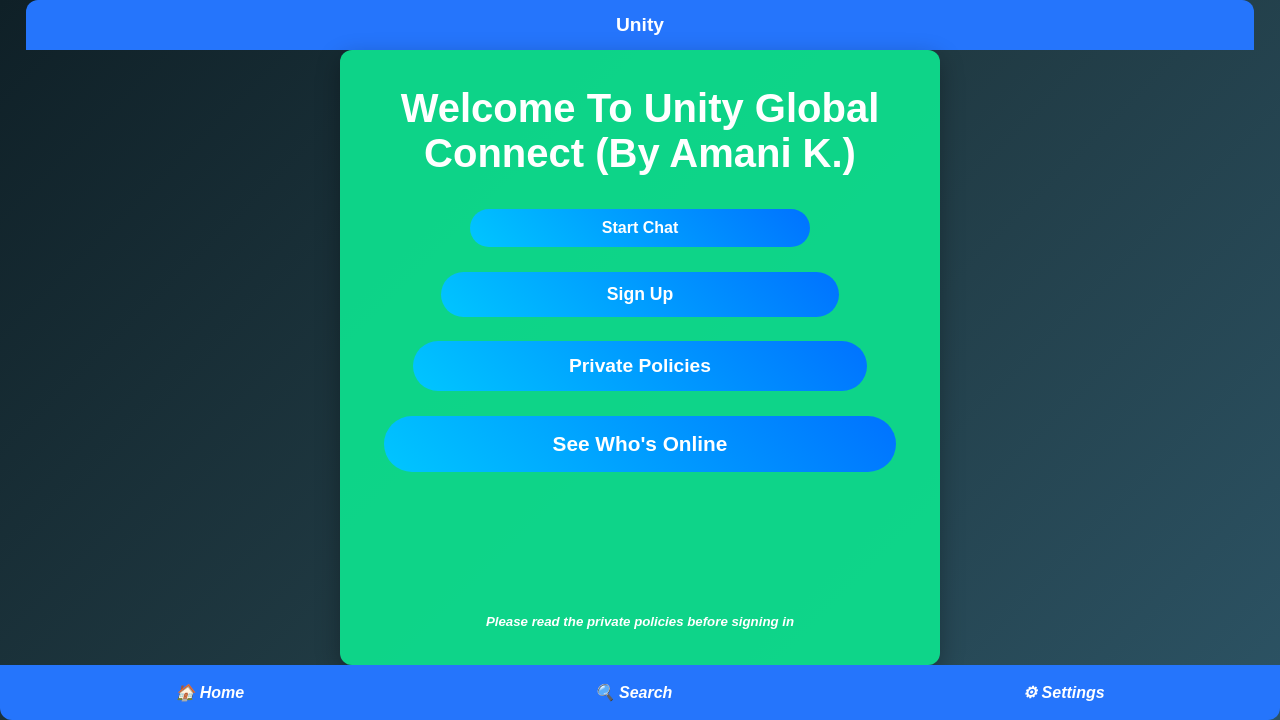
Repository: Amani-Kibet/express-app-web
Page: pages/home.html
An editor plug-in stored every save of this project. The page is shown before and after the next save, followed by the edit.
The browser window is 1280 px wide. The pictures show the whole page.

Above is the page before, as saved 2025-09-30 12:05:35.

### pages/home.html
<!DOCTYPE html>
<html lang="en">
<head>
<meta charset="UTF-8">
<title>Main Menu</title>
<meta name="viewport" content="width=device-width, initial-scale=1.0">
<style>
  /* ================= Reset & Base ================= */
  * {
      margin: 0;
      padding: 0;
      box-sizing: border-box;
  }

  html, body {
      height: 100%;
      width: 100%;
      font-family: Arial, sans-serif;
      overflow-x: hidden;
      scroll-behavior: smooth;
  }

  body {
      min-height: 100vh;
      display: flex;
      flex-direction: column;
      justify-content: space-between; /* top-bar, board, bottom-bar */
      align-items: center;
      background: linear-gradient(135deg,#0f2027,#203a43,#2c5364);
      color: #fff;
      text-align: center;
      padding: 0 2%;
  }

  /* ================= Top & Bottom Bars ================= */
  .top-bar {
      width: 100%;
      height: 50px;
      background: #2575fc;
      color: white;
      display: flex;
      align-items: center;
      justify-content: center;
      font-weight: bold;
      font-size: 1.2rem;
      border-top-left-radius: 12px;
      border-top-right-radius: 12px;
  }

  .bottom-bar {
      width: 100vw; /* fill entire device width */
      height: 55px;
      background: #2575fc;
      color: white;
      display: flex;
      align-items: center;
      justify-content: space-around;
      font-size: 1rem;
      border-bottom-left-radius: 12px;
      border-bottom-right-radius: 12px;
  }

  .bottom-bar a {
      color: white;
      text-decoration: none;
      font-weight: bold;
      transition: 0.3s;
      font-size: clamp(0.9rem, 3vw, 1rem);
  }

  .bottom-bar a:hover {
      color: yellow;
  }

  /* ================= Board ================= */
  #board {
      width: 100%;
      max-width: 600px;
      flex: 1 1 auto;
      display: flex;
      flex-direction: column;
      justify-content: space-around;
      align-items: center;
      padding: 2rem 1rem;
      margin: 0;
      box-shadow: 0 8px 25px rgba(0,0,0,0.3);
      background: rgba(13, 221, 141, 0.95);
      border-radius: 12px;
      overflow-y: auto;
      animation: fadein 1s ease-in-out;
  }

  /* Heading */
  #board h1 {
      font-size: clamp(1.5rem, 5vw, 2.5rem);
      margin-bottom: 1rem;
      animation: fadeInDown 1.2s ease;
  }

  /* Pyramid Buttons */
  .btn {
      border: none;
      border-radius: 30px;
      background: linear-gradient(45deg,#00c6ff,#0072ff);
      color: white;
      cursor: pointer;
      margin: 8px 0;
      transition: transform 0.2s ease, box-shadow 0.2s ease;
      font-weight: bold;
  }

  /* Pyramid scaling: top smallest, middle bigger, bottom biggest */
  #openLogin { width: 60%; padding: 10px; font-size: 1rem; }
  #openSignup { width: 70%; padding: 12px; font-size: 1.1rem; }
  #openPolicy { width: 80%; padding: 14px; font-size: 1.2rem; }
  #openOnline { width: 90%; padding: 16px; font-size: 1.3rem; }

  .btn:hover {
      transform: scale(1.08);
      box-shadow: 0 0 15px rgba(0,114,255,0.6);
  }

  /* ================= Modals ================= */
  .modal {
      display: none;
      position: fixed;
      z-index: 10;
      left: 0;
      top: 0;
      width: 100%;
      height: 100%;
      background: rgba(0,0,0,0.7);
      animation: fadeIn 0.4s;
  }

  .modal-content {
      background: #111;
      color: #fff;
      margin: 8% auto;
      padding: 25px;
      border-radius: 15px;
      width: 90%;
      max-width: 500px;
      text-align: left;
      box-shadow: 0 8px 25px rgba(0,0,0,0.6);
      animation: slideUp 0.5s ease;
  }

  .modal-content h2 {
      margin-bottom: 15px;
      color: #00c6ff;
  }

  .close {
      float: right;
      font-size: 22px;
      font-weight: bold;
      cursor: pointer;
      color: #ff4b5c;
  }

  .close:hover {
      color: #ff1e3c;
  }

  /* ================= Animations ================= */
  @keyframes fadeIn {
      from { opacity: 0; }
      to { opacity: 1; }
  }

  @keyframes slideUp {
      from { transform: translateY(40px); opacity: 0; }
      to { transform: translateY(0); opacity: 1; }
  }

  @keyframes fadeInDown {
      from { opacity: 0; transform: translateY(-30px); }
      to { opacity: 1; transform: translateY(0); }
  }

  /* ================= Responsive ================= */
  @media (max-width: 768px) {
      #board { padding: 1.5rem 1rem; }
      #board h1 { font-size: clamp(1.4rem, 5vw, 2.2rem); }
      .btn { margin: 6px 0; }
  }

  @media (max-width: 480px) {
      #board {
          padding: 1rem 0.5rem;
          justify-content: space-around;
      }
      #board h1 { font-size: clamp(1.2rem, 4.5vw, 2rem); }
      #openLogin { width: 65%; padding: 10px; font-size: 1rem; }
      #openSignup { width: 75%; padding: 12px; font-size: 1.1rem; }
      #openPolicy { width: 85%; padding: 14px; font-size: 1.2rem; }
      #openOnline { width: 95%; padding: 16px; font-size: 1.3rem; }
      .top-bar, .bottom-bar { font-size: 0.9rem; height: 45px; padding: 0 5px; }
  }


</style>
</head>
<body>
    <div class="top-bar">Unity</div>
<div id="board">
<h1>Welcome To Unity Global Connect (By Amani K.)</h1>
<button id="openLogin" class="btn">Start Chat</button>
<button id="openSignup" class="btn">Sign Up</button>
<button id="openPolicy" class="btn">Private Policies</button>
<button id="openOnline" class="btn">See Who's Online</button>
<h5 style="margin-top: 22%"><i>Please read the private policies before signing in<i><h5>
<!-- Private Policies Modal -->
<div id="PrivateInfo" class="modal">
  <div class="modal-content">
    <span class="close">&times;</span>
    <h2 style="font-size:2rem; color:#00c6ff; text-align:center; margin-bottom:20px;">Private Policies</h2>
<div style="font-family:'Segoe UI', sans-serif; color:#fff; background:#111; padding:25px; border-radius:16px; line-height:1.8;">
  <h1 style="color:#00c6ff; text-align:center; font-size:2.2rem; margin-bottom:20px;">Unity Privacy Policy</h1>

  <p style="font-size:1.2rem; margin-bottom:15px;">
    Unity connects to anyone globally <b>FOR FREE</b>. <b>Note:</b> Only registered users can use Unity Connect; share the link to your friends to continue chatting for free. We respect your privacy with <strong>end-to-end encryption</strong> and <strong>self-encryption</strong>.
  </p>

  <p style="font-size:1.2rem; margin-bottom:15px;">The System...</p>

  <ol style="padding-left:25px; font-size:1.15rem; margin-bottom:15px;">
    <li style="margin-bottom:10px;">Collect minimal account info and device metadata.</li>
    <li style="margin-bottom:10px;">Use data only to deliver messages and improve service.</li>
    <li style="margin-bottom:10px;">Never sell personal data; share only with service providers if needed.</li>
    <li style="margin-bottom:10px;">You control your E2EE, profile, and account deletion.</li>
  </ol>

  <hr style="border-color:#333; margin:20px 0;">

  <p style="font-size:1.1rem; margin-bottom:20px;">
    Please share the link with your friends to increase Unity global connection:
    <a href="https://express-app-web.onrender.com/pages/sighin.html" style="color:#00c6ff; text-decoration:underline;">https://express-app-web.onrender.com/pages/sighin.html</a>
  </p>

  <p style="text-align:center; font-size:1rem; color:#aaa;">
    Contact: <strong>amanikbt1@gmail.com</strong>
  </p>
</div>

    </div>
  </div>
</div>

<!-- Who's Online Modal -->
<div id="OnlineInfo" class="modal">
  <div class="modal-content">
    <span class="close">&times;</span>
    <h2>Who's Online</h2>
    <ol id="onlineList"></ol>
  </div>
</div>
</div>
<div class="bottom-bar">
    <a href="#">🏠 Home</a>
    <a href="#">🔍 Search</a>
    <a href="#">⚙ Settings</a>
  </div>

<script>
    let log= document.getElementById("openLogin");
    let sign= document.getElementById("openSignup");

    log.addEventListener("click", ()=>{
        window.location.href="/pages/chat.html"
    })
    sign.addEventListener("click", ()=>{
        window.location.href="/pages/signin.html"
    })
// Universal modal setup
function setupModal(triggerId, modalId) {
  const trigger = document.getElementById(triggerId);
  const modal = document.getElementById(modalId);
  const closeBtn = modal.querySelector(".close");

  trigger.onclick = () => { modal.style.display = "block"; };
  closeBtn.onclick = () => { modal.style.display = "none"; };
  window.addEventListener("click", e => { if(e.target === modal) modal.style.display = "none"; });
}

// Setup modals
setupModal("openPolicy","PrivateInfo");

// "Who's Online" modal + fetch
setupModal("openOnline","OnlineInfo");
document.getElementById("openOnline").addEventListener("click", async () => {
  const ol = document.getElementById("onlineList");
  ol.innerHTML = "";

  fetch("/path/online")
  .then(type=> type.json())
  .then(data=>{
    data.everyone.forEach((user, index)=>{
        const li = document.createElement("li");li.textContent = `${user.name}- ${user.phone}`;
        ol.appendChild(li);
    })
  })
});
</script>
</body>
</html>

After the next save:
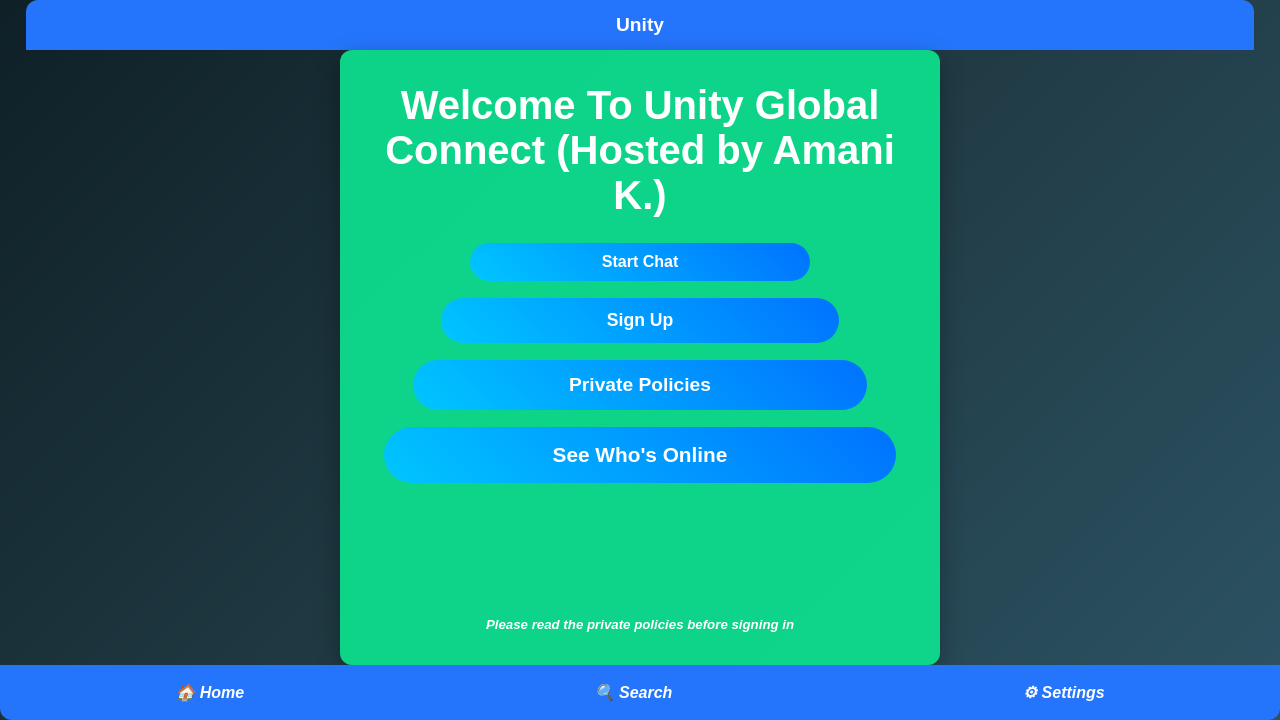
Saved 15 s later.
--- a/pages/home.html
+++ b/pages/home.html
@@ -205,7 +205,7 @@
 <body>
     <div class="top-bar">Unity</div>
 <div id="board">
-<h1>Welcome To Unity Global Connect (By Amani K.)</h1>
+<h1>Welcome To Unity Global Connect (Hosted by Amani K.)</h1>
 <button id="openLogin" class="btn">Start Chat</button>
 <button id="openSignup" class="btn">Sign Up</button>
 <button id="openPolicy" class="btn">Private Policies</button>
